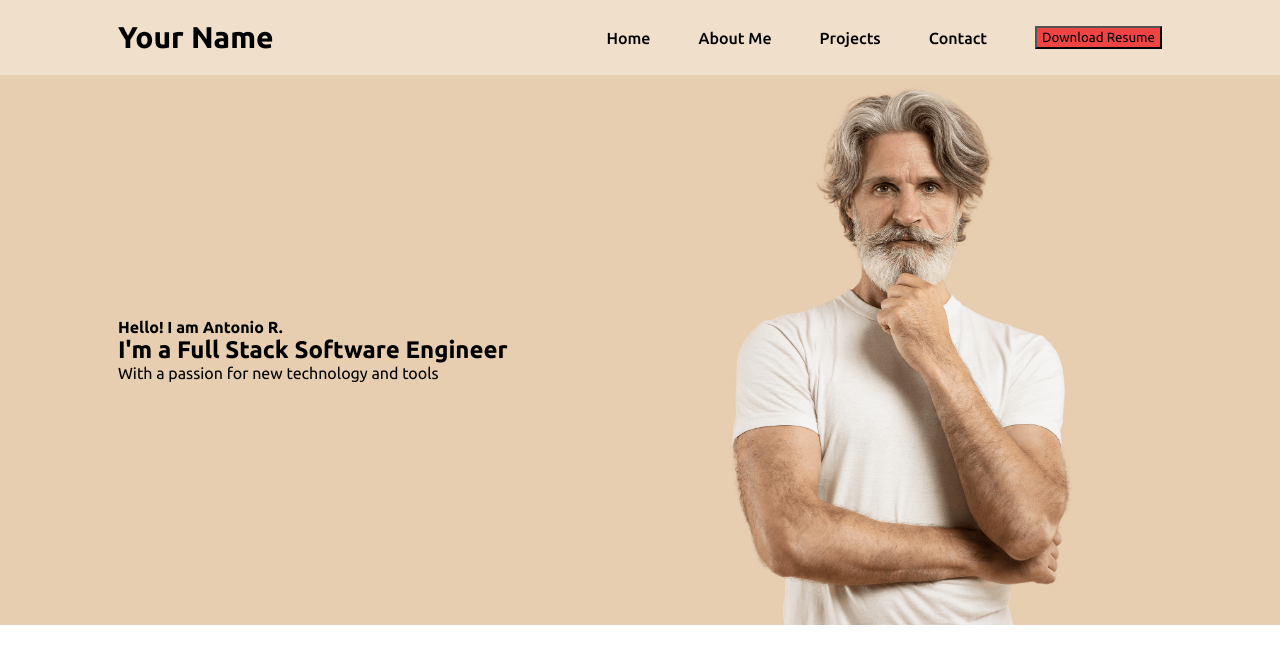
Repository: DevAntonioRogers/vanilla-portfolio
Page: index.html
The author's editor kept a copy of each file at every save. The page is drawn from the files as they stood at one save, then again after the next save.
The browser window is 1280 px wide. The pictures show the whole page.

Above is the page before, as saved 2023-07-14 16:44:03.

### index.html
<!DOCTYPE html>
<html lang="en">
  <head>
    <meta charset="UTF-8" />
    <meta name="viewport" content="width=device-width, initial-scale=1.0" />
    <link rel="stylesheet" href="style.css" />
    <title>Antonio Rogers</title>
  </head>
  <body>
    <nav>
      <div class="container navbar">
        <a href="/" aria-label="Home"> <h1>Your Name</h1></a>
        <ul>
          <li>
            <a href="/" aria-label="Home">Home</a>
          </li>
          <li>
            <a href="/" aria-label="About Me">About Me</a>
          </li>
          <li>
            <a href="/" aria-label="Projects">Projects</a>
          </li>
          <li>
            <a href="/" aria-label="Contact">Contact</a>
          </li>
          <li>
            <a href="/resume.pdf" download aria-label="Download Resume">
              <button class="navbar-button">Download Resume</button>
            </a>
          </li>
        </ul>
      </div>
    </nav>

    <section class="hero">
      <div class="container hero-container">
        <div>
          <h4>Hello! I am Antonio R.</h4>
          <h1>I'm a Full Stack Software Engineer</h1>
          <p>With a passion for new technology and tools</p>
        </div>

        <div class="hero-image-container">
          <img src="./01.png" alt="" />
        </div>
      </div>
    </section>
  </body>
</html>

### style.css
@import url("https://fonts.googleapis.com/css2?family=Ubuntu:wght@300;400;500;700&display=swap");

* {
  box-sizing: border-box;
  padding: 0;
  margin: 0;
  font-family: "Ubuntu", sans-serif;
}

a {
  text-decoration: none;
  color: inherit;
}

li {
  list-style: none;
}

.container {
  width: 89%;
  margin: auto;
  max-width: 1044px;
}

/* NAVBAR STYLING */

nav {
  background: #f0dfcb;
  padding: 20px 0;
}

.navbar {
  display: flex;
  justify-content: space-between;
  align-items: center;
}

.navbar h1 {
  font-size: 30px;
  font-weight: 700;
}

.navbar ul {
  display: flex;
  align-items: center;
  gap: 3rem;
}

.navbar ul li {
  font-weight: 500;
}

.navbar-button {
  background-color: #ef4444;
  padding: 2px 5px;
}

/* HERO STYLES */

.hero {
  background-color: #e8ceb1;
}

.hero-container {
  display: grid;
  grid-template-columns: repeat(2, minmax(0, 1fr));
  align-items: center;
  gap: 1.5rem;
}

.hero-image-container {
  display: flex;
  justify-content: center;
  align-items: center;
}

.hero-container img {
  height: 550px;
  position: relative;
}

After the next save:
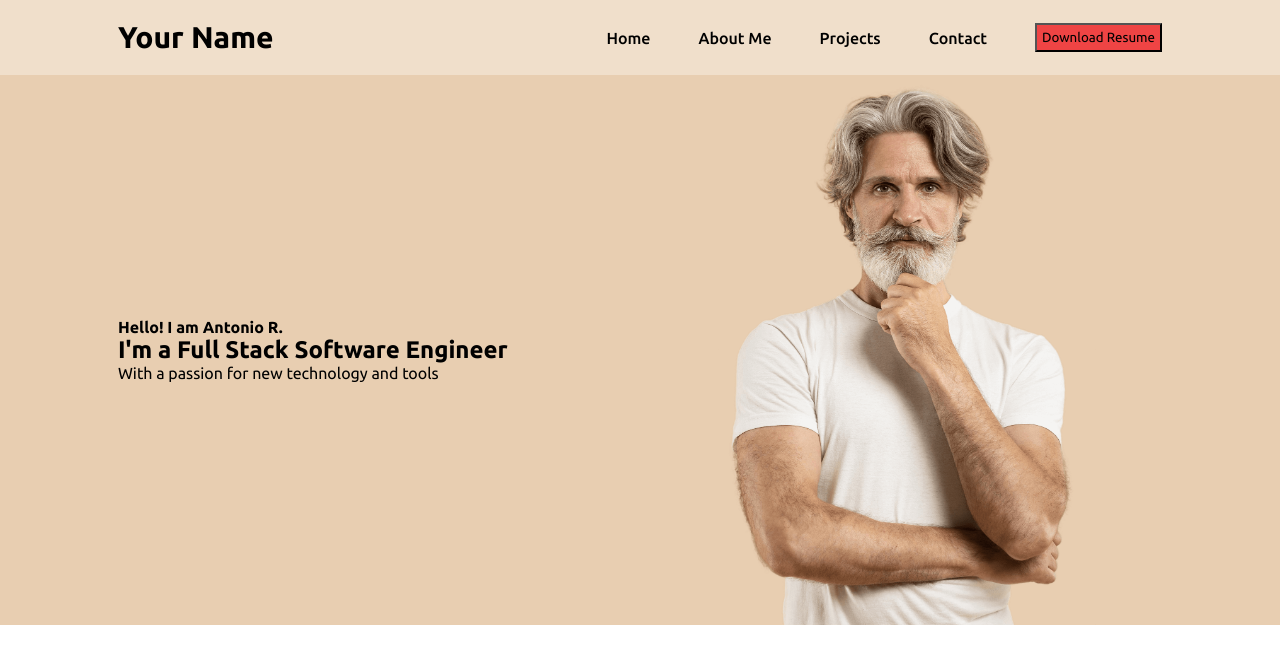
Saved 59 s later.
--- a/style.css
+++ b/style.css
@@ -52,7 +52,7 @@ nav {
 
 .navbar-button {
   background-color: #ef4444;
-  padding: 2px 5px;
+  padding: 5px 5px;
 }
 
 /* HERO STYLES */
